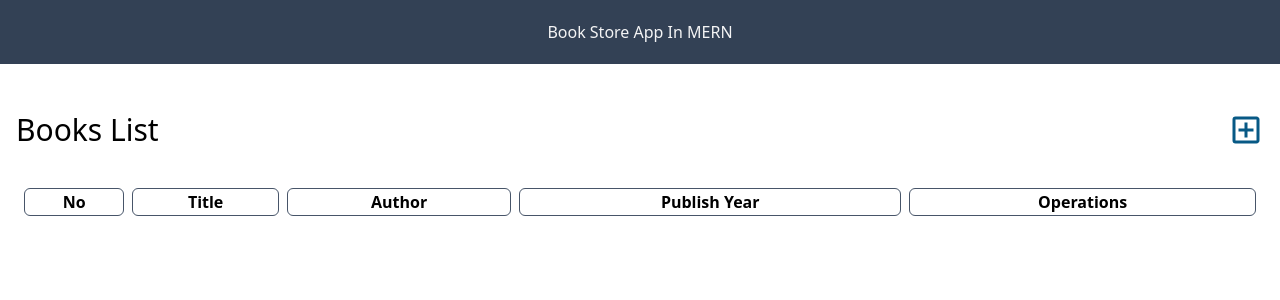
Repository: Attar786/Book_Menagment_Store
Page: / (app in frontend/)
The author's editor kept a copy of each file at every save. The page is drawn from the files as they stood at one save, then again after the next save.
The browser window is 1280 px wide. The pictures show the whole page.
The page's requests for data from a server got no answer. The project was rebuilt for these pictures with package versions that can differ from the ones it lists, and the page was loaded fresh each time. No one was signed in, and anything a server would have sent is missing. Also part of the build but not shown: frontend/vite.config.js, frontend/src/pages/CreateBooks.jsx, frontend/src/pages/ShowBooks.jsx, frontend/src/pages/EditBooks.jsx, frontend/src/pages/DeleteBooks.jsx.

Above is the page before, as saved 2024-08-12 15:03:10.

### frontend/src/main.jsx
// import React from 'react'
import ReactDOM from 'react-dom/client'
import App from './App.jsx'
import './index.css'
import { BrowserRouter } from "react-router-dom";

ReactDOM.createRoot(document.getElementById('root')).render(
  <BrowserRouter>
    <App />
  </BrowserRouter>,
)

### frontend/src/App.jsx
import {Routes, Route} from 'react-router-dom'
import  Home  from './pages/Home'
import CreateBooks from './pages/CreateBooks'
import ShowBooks from './pages/ShowBooks'
import EditBooks from './pages/EditBooks'
import DeleteBooks from './pages/DeleteBooks'
const App = () => {
  return (
    <>
    <div className="bg-slate-700 p-5 flex justify-center text-zinc-100	">
     Book Store App In MERN
    </div>
     <Routes>
      <Route path='/' element={<Home/>}/>
      <Route path='/books/create' element={<CreateBooks/>}/>
      <Route path='/books/details/:id' element={<ShowBooks/>}/>
      <Route path='/books/edit/:id' element={<EditBooks/>}/>
      <Route path='/books/delete/:id' element={<DeleteBooks/>}/>
     </Routes>
    </>
  )
}

export default App

### frontend/src/pages/Home.jsx
import { useState, useEffect } from "react";
import axios from "axios";
import Spinner from "../../components/Spinner";
import { Link } from "react-router-dom";
import { AiOutlineEdit } from "react-icons/ai";
import { BsInfoCircle } from "react-icons/bs";
import { MdOutlineAddBox, MdOutlineDelete } from "react-icons/md";

const Home = () => {
  const [books, setBooks] = useState([]);
  const [loading, setloading] = useState(false);

  useEffect(() => {
    setloading(true);
    axios
      .get("http://localhost:5000/books")
      .then((res) => {
        setBooks(res.data.data);
        setloading(false);
      })
      .catch((error) => {
        console.log(error);
        setloading(false);
      });
  }, []);

  return (
    <div>
      <div className="p-4">
        <div className="flex justify-between items-center">
          <h1 className="text-3xl my-8">Books List</h1>
          <Link to="/books/create">
            <MdOutlineAddBox className="text-sky-800 text-4xl" />
          </Link>
        </div>

        {loading ? (
          <Spinner />
        ) : (
          <table className="w-full border-separate border-spacing-2">
            <thead>
              <tr>
                <th className="border border-slate-600 rounded-md">No</th>
                <th className="border border-slate-600 rounded-md">Title</th>
                <th className="border border-slate-600 rounded-md max-md-hidden">Author</th>
                <th className="border border-slate-600 rounded-md max-md-hidden">Publish Year</th>
                <th className="border border-slate-600 rounded-md">Operations</th>
              </tr>
            </thead>
            <tbody>
              {books.map((book, index) => (
                <tr key={book._id}>
                  <td className="border border-slate-600 rounded-md text-center">{index + 1}</td>
                  <td className="border border-slate-600 rounded-md">{book.title}</td>
                  <td className="border border-slate-600 rounded-md max-md-hidden">{book.author}</td>
                  <td className="border border-slate-600 rounded-md max-md-hidden">{book.publishYear}</td>
                  <td className="border border-slate-600 rounded-md flex justify-center items-center">
                    <Link to={`/books/details/${book._id}`}>
                      <BsInfoCircle className="text-sky-800 text-2xl" />
                    </Link>
                    <Link to={`/books/edit/${book._id}`}>
                      <AiOutlineEdit className="text-yellow-600 text-2xl" />
                    </Link>
                    <Link to={`/books/delete/${book._id}`}>
                      <MdOutlineDelete className="text-red-700 text-2xl" />
                    </Link>
                  </td>
                </tr>
              ))}
            </tbody>
          </table>
        )}
      </div>
    </div>
  );
};

export default Home;

### frontend/components/Spinner.jsx

const Spinner = () => {
  return (
    <div className="animate-ping w-16 h-16 m-8 rounded-full bg-sky-600">

    </div>
  )
}

export default Spinner

Loaded but not shown: frontend/index.html (common file); frontend/src/index.css (common file); frontend/tailwind.config.js (common file)

After the next save:
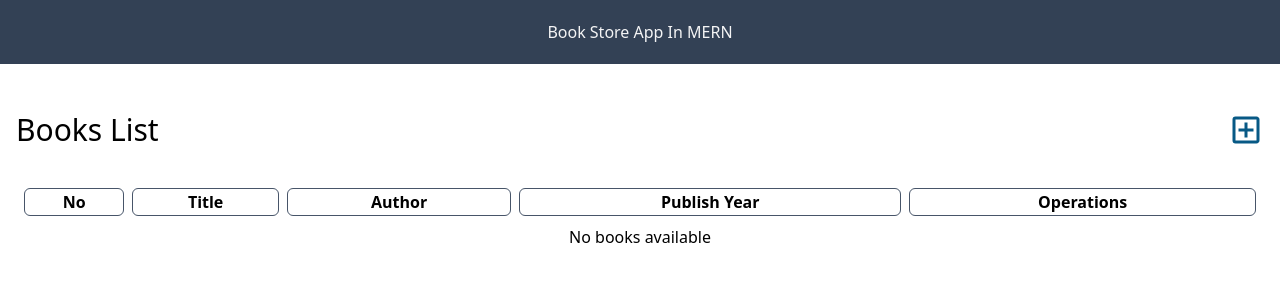
Saved 23 min 8 s later.
--- a/frontend/src/pages/Home.jsx
+++ b/frontend/src/pages/Home.jsx
@@ -15,11 +15,12 @@ const Home = () => {
     axios
       .get("http://localhost:5000/books")
       .then((res) => {
+        console.log("API Response:", res.data);  // Log the response data
         setBooks(res.data.data);
         setloading(false);
       })
       .catch((error) => {
-        console.log(error);
+        console.log("Error:", error);
         setloading(false);
       });
   }, []);
@@ -48,25 +49,31 @@ const Home = () => {
               </tr>
             </thead>
             <tbody>
-              {books.map((book, index) => (
-                <tr key={book._id}>
-                  <td className="border border-slate-600 rounded-md text-center">{index + 1}</td>
-                  <td className="border border-slate-600 rounded-md">{book.title}</td>
-                  <td className="border border-slate-600 rounded-md max-md-hidden">{book.author}</td>
-                  <td className="border border-slate-600 rounded-md max-md-hidden">{book.publishYear}</td>
-                  <td className="border border-slate-600 rounded-md flex justify-center items-center">
-                    <Link to={`/books/details/${book._id}`}>
-                      <BsInfoCircle className="text-sky-800 text-2xl" />
-                    </Link>
-                    <Link to={`/books/edit/${book._id}`}>
-                      <AiOutlineEdit className="text-yellow-600 text-2xl" />
-                    </Link>
-                    <Link to={`/books/delete/${book._id}`}>
-                      <MdOutlineDelete className="text-red-700 text-2xl" />
-                    </Link>
-                  </td>
+              {books.length > 0 ? (
+                books.map((book, index) => (
+                  <tr key={book._id}>
+                    <td className="border border-slate-600 rounded-md text-center">{index + 1}</td>
+                    <td className="border border-slate-600 rounded-md">{book.title}</td>
+                    <td className="border border-slate-600 rounded-md max-md-hidden">{book.author}</td>
+                    <td className="border border-slate-600 rounded-md max-md-hidden">{book.publishYear}</td>
+                    <td className="border border-slate-600 rounded-md flex justify-center items-center">
+                      <Link to={`/books/details/${book._id}`}>
+                        <BsInfoCircle className="text-sky-800 text-2xl" />
+                      </Link>
+                      <Link to={`/books/edit/${book._id}`}>
+                        <AiOutlineEdit className="text-yellow-600 text-2xl" />
+                      </Link>
+                      <Link to={`/books/delete/${book._id}`}>
+                        <MdOutlineDelete className="text-red-700 text-2xl" />
+                      </Link>
+                    </td>
+                  </tr>
+                ))
+              ) : (
+                <tr>
+                  <td colSpan="5" className="text-center">No books available</td>
                 </tr>
-              ))}
+              )}
             </tbody>
           </table>
         )}
